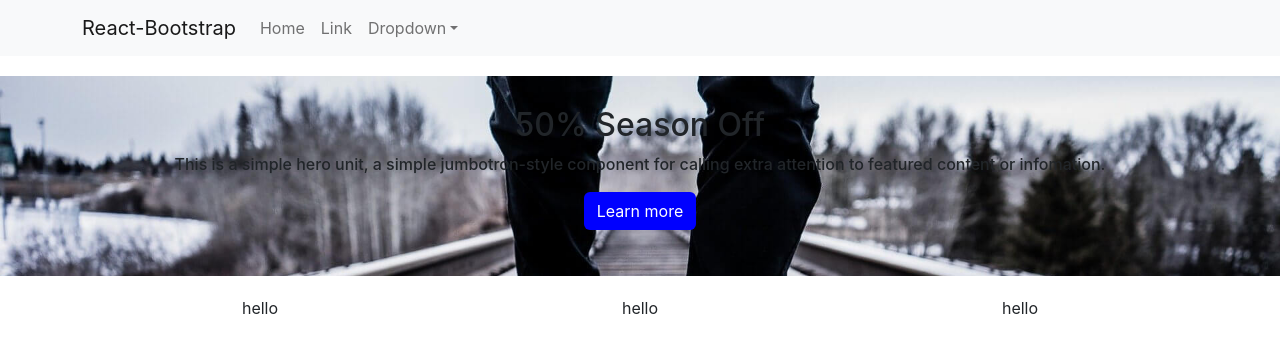
Repository: sonchangdo/mokdong
Page: / (app in shop/)
An editor plug-in stored every save of this project. The page is shown before and after the next save, followed by the edit.
The browser window is 1280 px wide. The pictures show the whole page.
The project was rebuilt for these pictures with package versions that can differ from the ones it lists, and the page was loaded fresh each time.

Above is the page before, as saved 2022-01-10 14:35:49.

After the next save:
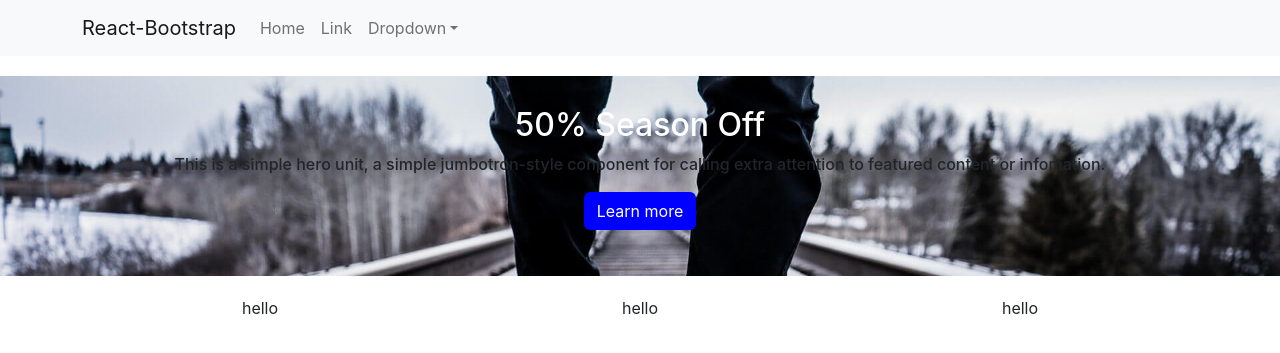
Saved 29 s later.
--- a/shop/src/App.css
+++ b/shop/src/App.css
@@ -11,6 +11,10 @@
   width:100%;
   margin:20px 0;
   padding:30px 0;
+}
+
+.jumbotron h2{
+  color:#fff;
 }
 
 .jumbotron > p:nth-child(1){
